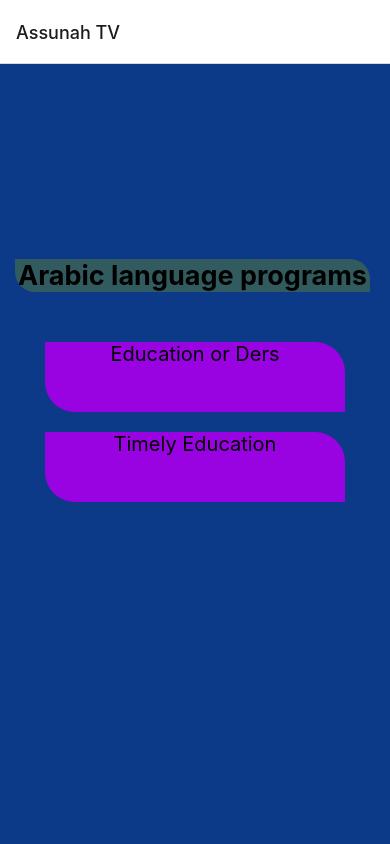
Repository: abdurehmanali611/Assunah_TV
Screen: /Arabic
An editor plug-in stored every save of this project. The screen is shown before and after a run of saves, followed by the edit.
The app was drawn by React Native's web renderer in a window 390 px wide. The project was rebuilt for these pictures with package versions that can differ from the ones it lists, and the page was loaded fresh each time. Also part of the build but not shown: Constants/Home.js, Constants/AboutUs.js, Constants/Contacts.js, Constants/AssunahFolder.js, Constants/AssunahKids.js, Constants/AdditionalExtra.js, Constants/Qiratcenter.js, Programs/AmharicPrograms.js and 29 more.

Above is the screen before, as saved 2024-01-08 23:05:22.

After the next 3 saves:
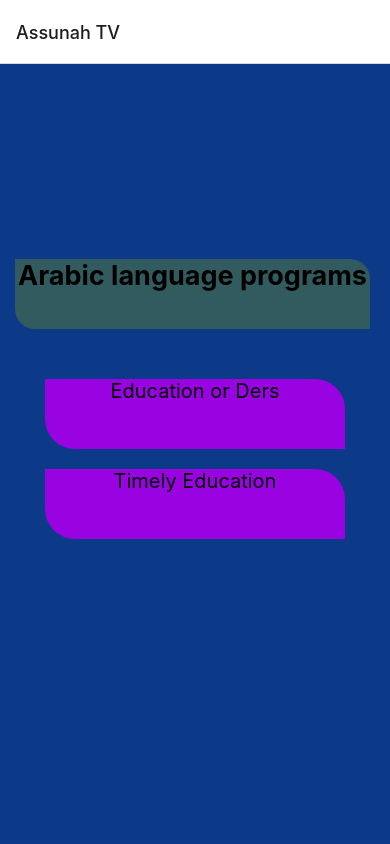
The 3 saves are shown as one change because they came seconds apart.
The last was saved 25 s later.
--- a/Programs/ArabicPrograms.js
+++ b/Programs/ArabicPrograms.js
@@ -63,7 +63,8 @@
         width: 355,
         marginHorizontal: 15,
         borderBottomLeftRadius: 20,
-        borderTopRightRadius: 20
+        borderTopRightRadius: 20,
+        height: 70
     }
 })
 
